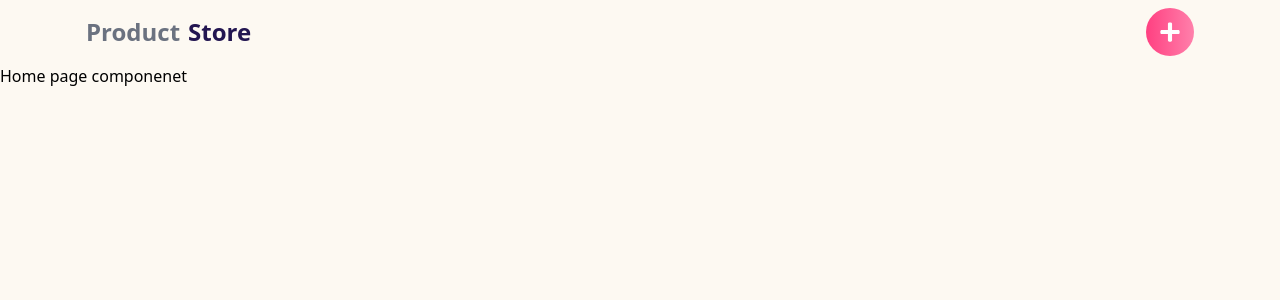
Repository: xarrkhan001/Mern-stack-Project
Page: / (app in frontend/)
These files come from the project's save history. The page is drawn as it stood at one moment and after the next save; the edit follows.
The browser window is 1280 px wide. The pictures show the whole page.
The project was rebuilt for these pictures with package versions that can differ from the ones it lists, and the page was loaded fresh each time. Also part of the build but not shown: frontend/vite.config.js, frontend/src/pages/CreatePage.jsx.

Above is the page before, as saved 2025-03-05 14:45:55.

### frontend/src/main.jsx
import React from "react";
import { BrowserRouter } from "react-router-dom";
import ReactDOM from "react-dom";
import "./index.css";
import App from "./App";

ReactDOM.render(
  <React.StrictMode>
    <BrowserRouter>
      <App />
    </BrowserRouter>
  </React.StrictMode>,
  document.getElementById("root")
);

### frontend/src/App.jsx
import React from "react";
import { Routes, Route } from "react-router-dom";
import HomePage from "./pages/HomePage";
import CreatePage from "./pages/CreatePage";
import Navbar from "./components/Navbar";

const App = () => {
  return (
    <>
      <div className="min-h-[100vh] bg-[#fdf9f2]">
        {" "}
        {/* Lighter background color */}
        <Navbar />
        <Routes>
          <Route path="/" element={<HomePage />} />
          <Route path="/create" element={<CreatePage />} />
        </Routes>
      </div>
    </>
  );
};

export default App;

### frontend/src/pages/HomePage.jsx
import React from "react";

const HomePage = () => {
  return (
    <>
      <div>Home page componenet</div>
    </>
  );
};

export default HomePage;

### frontend/src/components/Navbar.jsx
import React from "react";
import { Link } from "react-router-dom";
import { FaPlus } from "react-icons/fa";

const Navbar = () => {
  return (
    <>
      <div className="max-w-[1140px] px-4 mx-auto">
        {/* Navbar container */}
        <div className="flex items-center justify-between h-16">
          {/* Left side - ProductStore logo */}
          <Link
            to="/"
            className="text-2xl font-bold text-[#3B82F6] hover:text-[#2563EB] flex items-center"
          >
            <span className="text-[#6B7280] mr-2">Product</span>
            <span className="text-[#231651]">Store</span>
          </Link>

          {/* Right side - Plus Icon */}
          <div className="relative">
            <Link to="/create">
              <button className="w-12 h-12 bg-gradient-to-r from-[#FF4081] to-[#FF80AB] text-white rounded-full flex items-center justify-center transform hover:scale-110 transition-all duration-300 focus:outline-none">
                <FaPlus size={22} />
              </button>
            </Link>
          </div>
        </div>
      </div>
    </>
  );
};

export default Navbar;

Loaded but not shown: frontend/index.html (common file); frontend/src/index.css (common file); frontend/tailwind.config.js (common file)

After the next save:
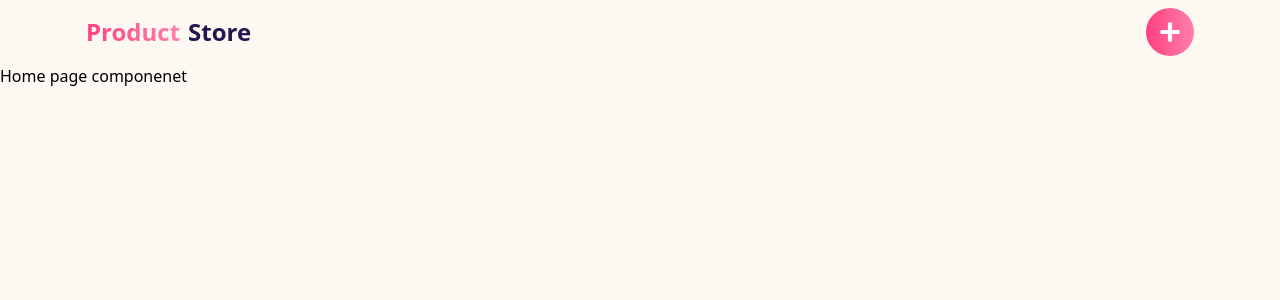
Saved 12 s later.
--- a/frontend/src/components/Navbar.jsx
+++ b/frontend/src/components/Navbar.jsx
@@ -9,11 +9,10 @@
         {/* Navbar container */}
         <div className="flex items-center justify-between h-16">
           {/* Left side - ProductStore logo */}
-          <Link
-            to="/"
-            className="text-2xl font-bold text-[#3B82F6] hover:text-[#2563EB] flex items-center"
-          >
-            <span className="text-[#6B7280] mr-2">Product</span>
+          <Link to="/" className="text-2xl font-bold flex items-center">
+            <span className="bg-clip-text text-transparent bg-gradient-to-r from-[#FF4081] to-[#FF80AB] mr-2">
+              Product
+            </span>
             <span className="text-[#231651]">Store</span>
           </Link>
 
